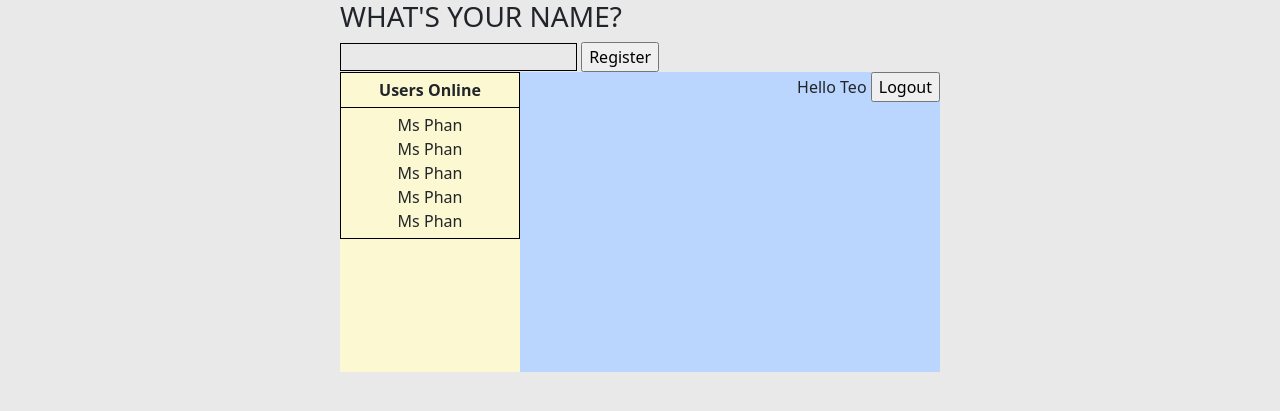
Repository: haimy125/demo_chat
Page: http://localhost/
The author's editor kept a copy of each file at every save. The page is drawn from the files as they stood at one save, then again after the next save.
The browser window is 1280 px wide. The pictures show the whole page.
The page is served by the project's Node server (DEMO_CHAT_SOCKETIO/SERVER.js).

Above is the page before, as saved 2021-08-29 15:41:26.

After the next save:
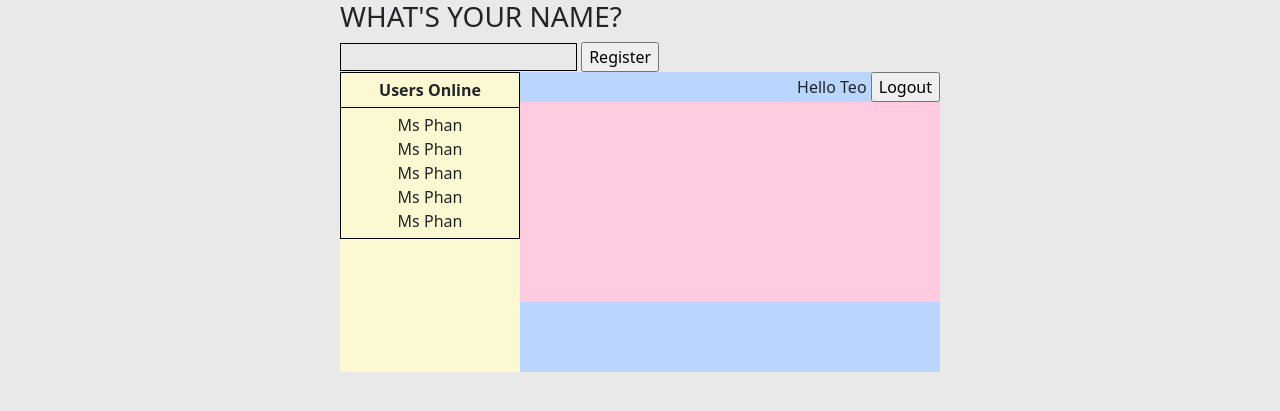
Saved 21 s later.
--- a/DEMO_CHAT_SOCKETIO/public/layout.css
+++ b/DEMO_CHAT_SOCKETIO/public/layout.css
@@ -50,4 +50,5 @@ body {
 
 #listMessage {
     height: 200px;
+    background-color: #ffcbe1;
 }
